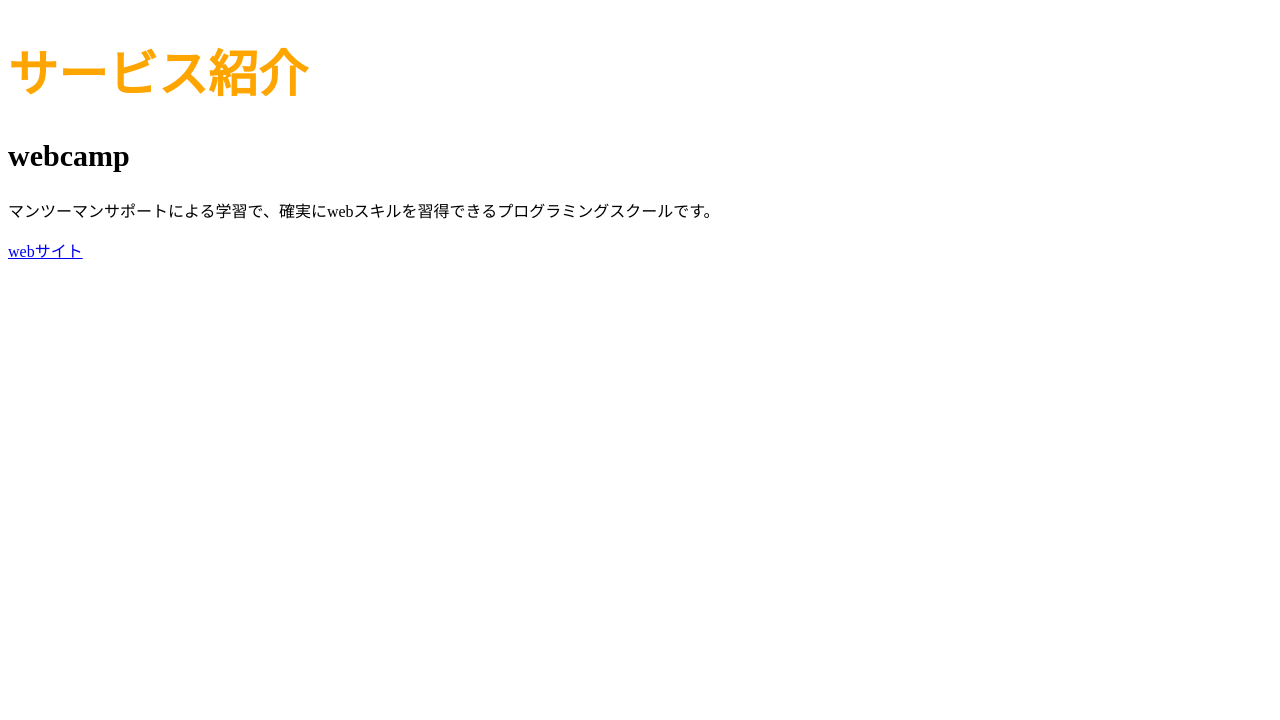
Repository: yukito7878/HTML-CSS-practice
Page: sample/sample.html
The author's editor kept a record of every edit. The page is drawn from the files as they stood at one moment, then again after the next edit.
The browser window is 1280 px wide. The pictures show the whole page.

Above is the page before.

After the next edit:
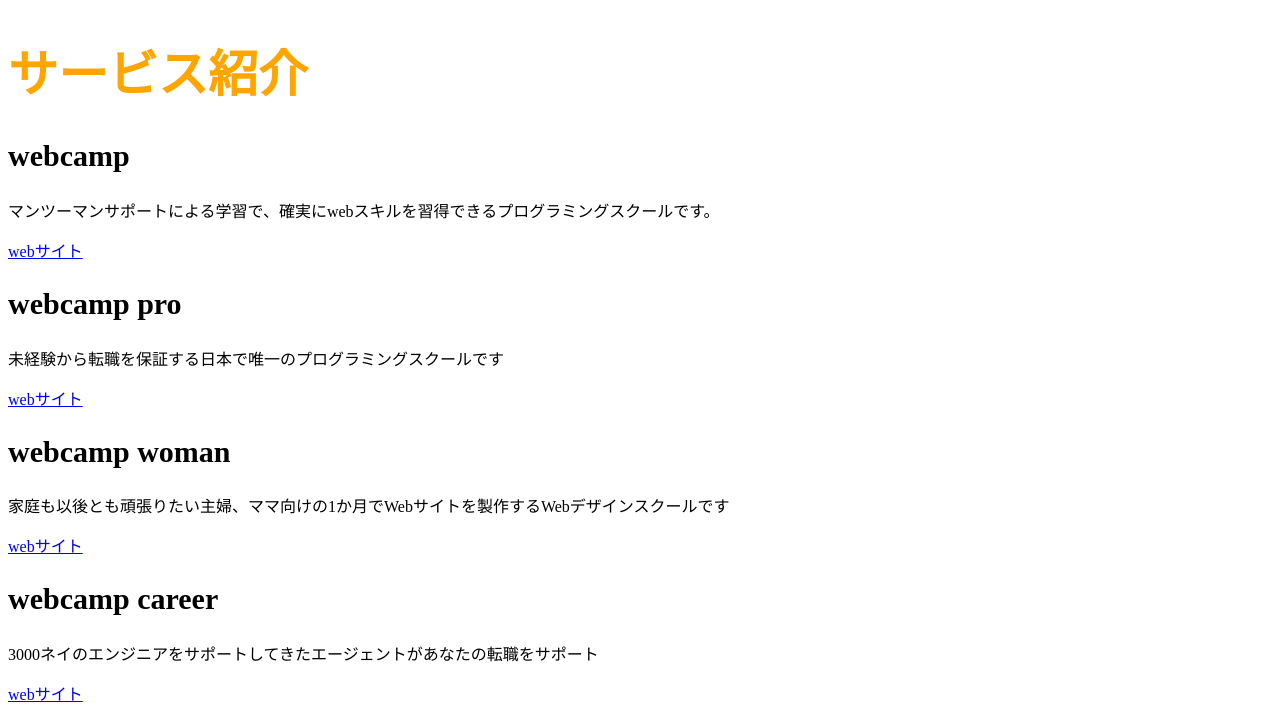
The edit:
--- a/sample/sample.html
+++ b/sample/sample.html
@@ -11,6 +11,15 @@
     <h2>webcamp</h2>
     <p>マンツーマンサポートによる学習で、確実にwebスキルを習得できるプログラミングスクールです。</p>
     <a href="#">webサイト</a>
+    <h2>webcamp pro</h2>
+    <p>未経験から転職を保証する日本で唯一のプログラミングスクールです</p>
+    <a href="#">webサイト</a>
+    <h2>webcamp woman</h2>
+    <p>家庭も以後とも頑張りたい主婦、ママ向けの1か月でWebサイトを製作するWebデザインスクールです</p>
+    <a href="#">webサイト</a>
+    <h2>webcamp career</h2>
+    <p>3000ネイのエンジニアをサポートしてきたエージェントがあなたの転職をサポート</p>
+    <a href="#">webサイト</a>
 
   </body>
 </html>
